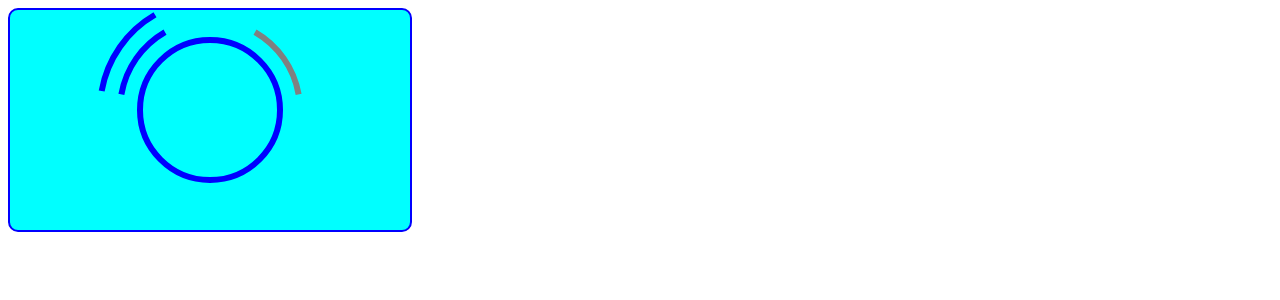
Repository: Tan-Khang21/TH_TKW--Buoi_05
Page: Bai_Tap_Ve_Nha/Bai_01/canvas10.html
These files come from the project's save history. The page is drawn as it stood at one moment and after the next save; the edit follows.
The browser window is 1280 px wide. The pictures show the whole page.

Above is the page before, as saved 2024-03-10 21:56:33.

### Bai_Tap_Ve_Nha/Bai_01/canvas10.html
<!DOCTYPE html>
<html lang="en">
  <head>
    <meta charset="UTF-8" />
    <meta name="viewport" content="width=device-width, initial-scale=1.0" />
    <title>Document</title>
  </head>
  <body>
    <canvas
      id="myCanvas"
      style="
        border: 2px solid blue;
        background-color: aqua;
        border-radius: 10px;
      "
      width="400px"
      height="220px"
    ></canvas>
    <script>
      var canvas = document.getElementById("myCanvas"),
        ctx = canvas.getContext("2d");
      ctx.beginPath();
      ctx.arc(200, 100, 70, 0, 2 * Math.PI);
      ctx.strokeStyle = "blue";
      ctx.lineWidth = 6;
      ctx.stroke();

      ctx.beginPath();
      ctx.arc(200, 100, 90, (19 / 18) * Math.PI, (4 / 3) * Math.PI);
      ctx.strokeStyle = "blue";
      ctx.lineWidth = 6;
      ctx.stroke();
      ctx.beginPath();
      ctx.arc(200, 100, 110, (19 / 18) * Math.PI, (4 / 3) * Math.PI);
      ctx.strokeStyle = "blue";
      ctx.lineWidth = 6;
      ctx.stroke();
      ctx.beginPath();
      ctx.arc(200, 100, 90, (5 / 3) * Math.PI, (35 / 18) * Math.PI);
      ctx.strokeStyle = "gray";
      ctx.lineWidth = 6;
      ctx.stroke();
    </script>
  </body>
</html>

After the next save:
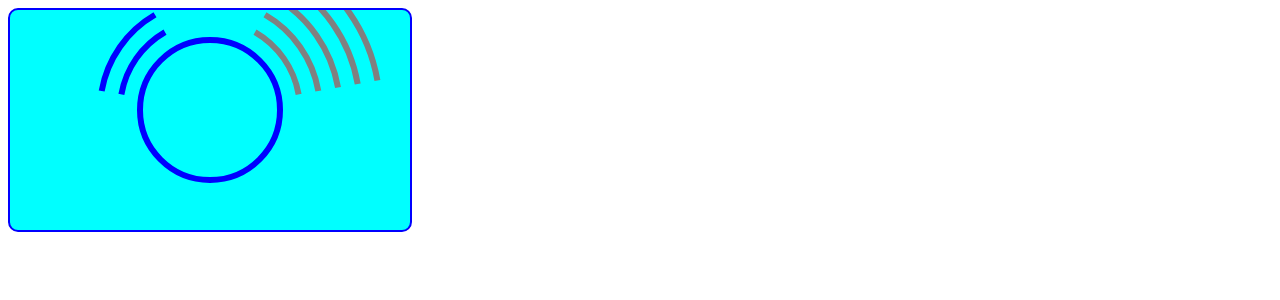
Saved 29 s later.
--- a/Bai_Tap_Ve_Nha/Bai_01/canvas10.html
+++ b/Bai_Tap_Ve_Nha/Bai_01/canvas10.html
@@ -40,6 +40,26 @@
       ctx.strokeStyle = "gray";
       ctx.lineWidth = 6;
       ctx.stroke();
+      ctx.beginPath();
+      ctx.arc(200, 100, 110, (5 / 3) * Math.PI, (35 / 18) * Math.PI);
+      ctx.strokeStyle = "gray";
+      ctx.lineWidth = 6;
+      ctx.stroke();
+      ctx.beginPath();
+      ctx.arc(200, 100, 130, (5 / 3) * Math.PI, (35 / 18) * Math.PI);
+      ctx.strokeStyle = "gray";
+      ctx.lineWidth = 6;
+      ctx.stroke();
+      ctx.beginPath();
+      ctx.arc(200, 100, 150, (5 / 3) * Math.PI, (35 / 18) * Math.PI);
+      ctx.strokeStyle = "gray";
+      ctx.lineWidth = 6;
+      ctx.stroke();
+      ctx.beginPath();
+      ctx.arc(200, 100, 170, (5 / 3) * Math.PI, (35 / 18) * Math.PI);
+      ctx.strokeStyle = "gray";
+      ctx.lineWidth = 6;
+      ctx.stroke();
     </script>
   </body>
 </html>
